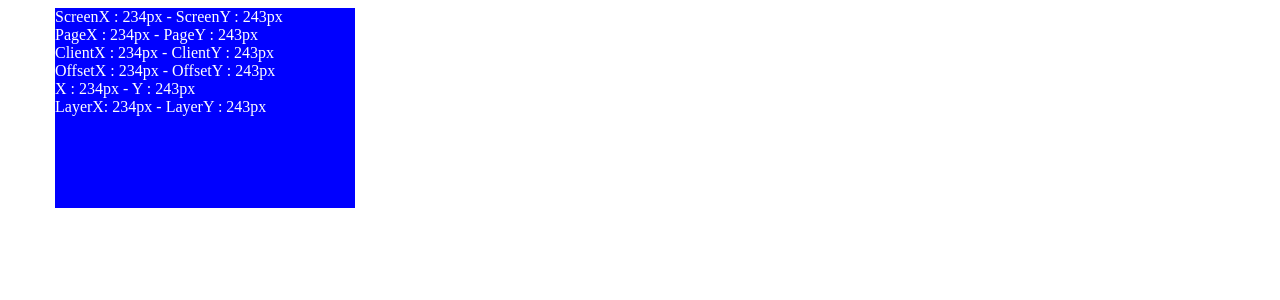
Repository: khanhbinh87/learnJs
Page: customSelect/Mouse/index.html
These files come from the project's save history. The page is drawn as it stood at one moment and after a run of saves; the edit follows.
The browser window is 1280 px wide. The pictures show the whole page.

Above is the page before, as saved 2021-06-18 09:26:15.

After the next 4 saves:
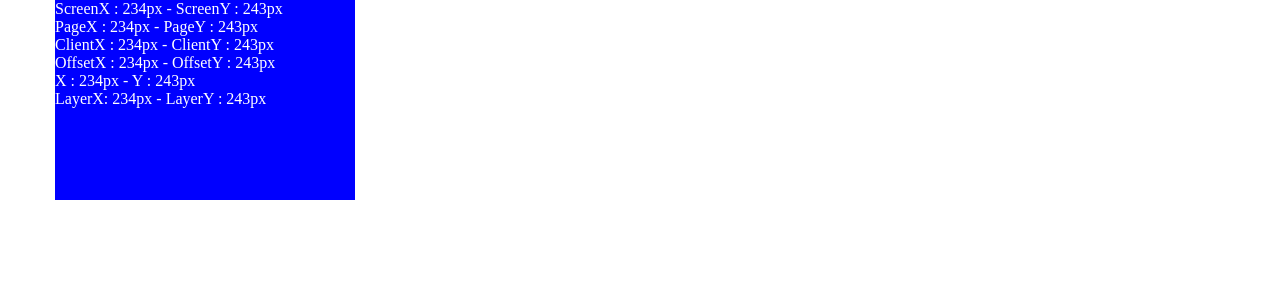
The 4 saves are shown as one change because they came seconds apart.
The last was saved 14 s later.
--- a/customSelect/Mouse/index.html
+++ b/customSelect/Mouse/index.html
@@ -5,6 +5,7 @@
     <meta name="viewport" content="width=device-width, initial-scale=1.0">
     <title>Document</title>
     <style>
+        *{margin:0;padding: 0;}
         .container{
             width: 1170px;
             margin: 0 auto;
